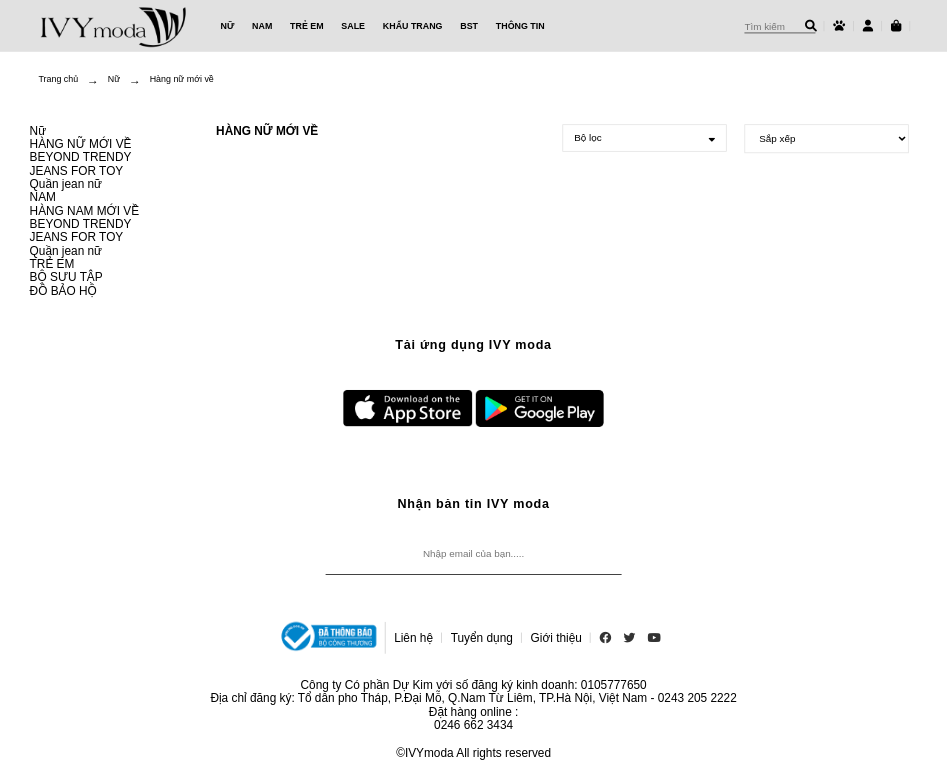
Repository: dinhvanbinh2310/ivy-moda
Page: cartegory.html
An editor plug-in stored every save of this project. The page is shown before and after the next save, followed by the edit.
The browser window is 1280 px wide. The pictures show the whole page, at 74% of full size.

Above is the page before, as saved 2022-05-03 19:44:38.

After the next save:
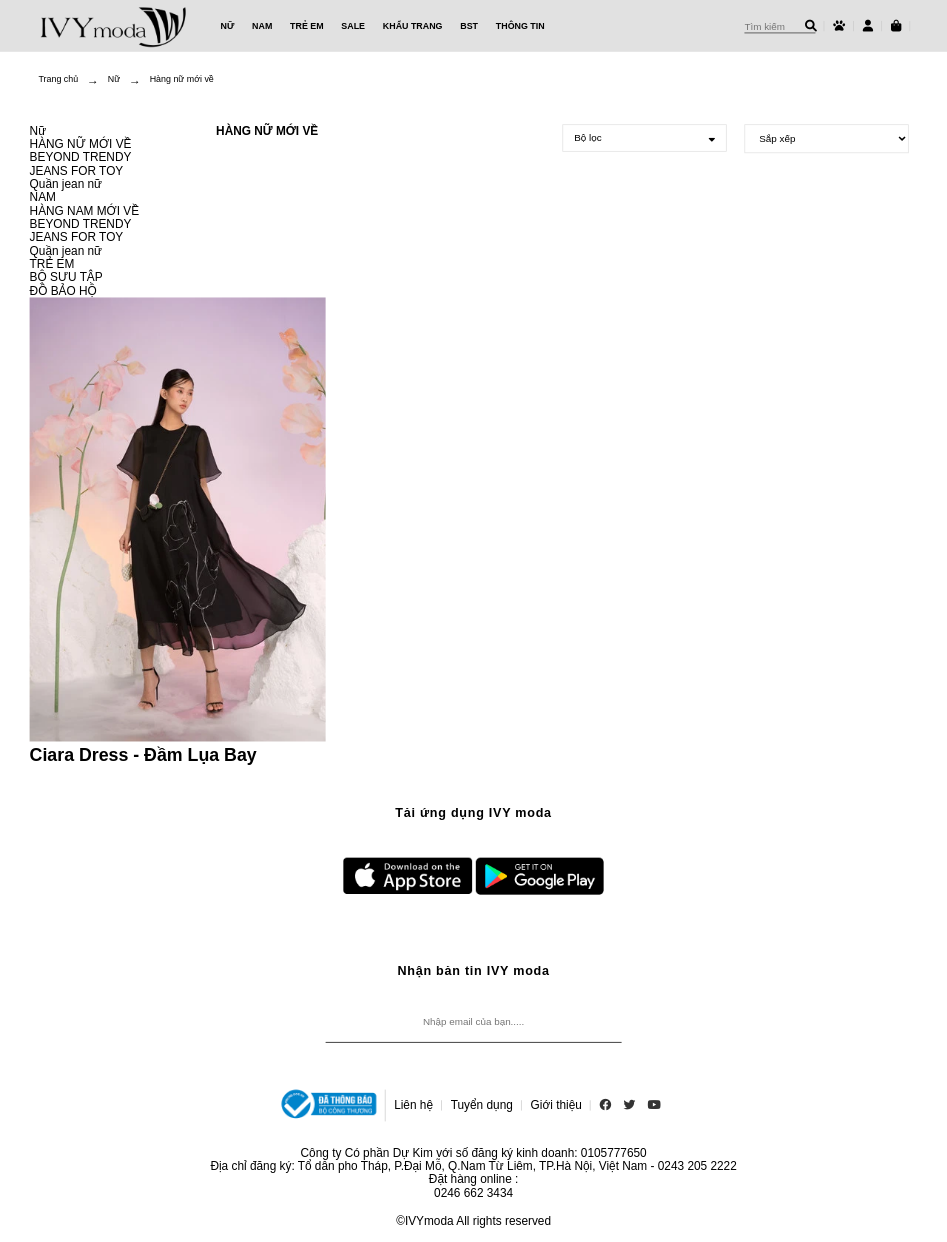
Saved 6 min 42 s later.
--- a/cartegory.html
+++ b/cartegory.html
@@ -122,7 +122,8 @@
             </div>
             <div class="cartegory-right-content">
                 <div class="cartegory-right-content-item">
-
+                    <img src="./Images/product1.jpg" alt="">
+                    <h1>Ciara Dress - Đầm Lụa Bay</h1>
                 </div>
             </div>
         </div>
